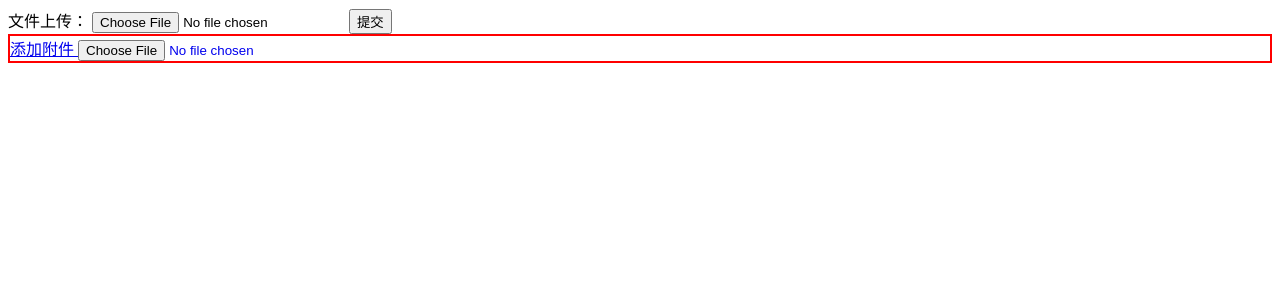
Repository: gongzheng-java/ProjectExample
Page: http://localhost/SSM/upload.jsp
An editor plug-in stored every save of this project. The page is shown before and after the next save, followed by the edit.
The browser window is 1280 px wide. The pictures show the whole page.
The page is served by Tomcat 9. Nobody is signed in. The application's start-up code is not run. Other server files are loaded and not shown.

Above is the page before, as saved 2019-03-03 07:37:39.

### SSM/src/main/webapp/upload.jsp
<%@ page language="java" contentType="text/html; charset=UTF-8"
    pageEncoding="UTF-8"%>
<!DOCTYPE html PUBLIC "-//W3C//DTD HTML 4.01 Transitional//EN" "http://www.w3.org/TR/html4/loose.dtd">
<html>
<head>
<meta http-equiv="Content-Type" content="text/html; charset=UTF-8">
<script type="text/javascript"  src="static/bootstrap/js/jquery-1.8.3.js"></script>
<script type="text/javascript"  src="static/bootstrap/js/jquery.min.js"></script>
<title>文件上传测试页面</title>
</head>
<body>
 <form id="myform"  method="post" >
     文件上传： <input id="aa" type="file" name="record"/>
      <input type="button" onclick="doUpload()" value="提交" />
   </form>
</body>
<div style="border: 2px solid red;">
<a href="javascript:;" class="file">添加附件
    <input type="file" name="" id="fileId" onchange="upload()">
</a>
</div>
<script type="text/javascript">
function doUpload() {
    var formData = new FormData($( "#myform" )[0]);
    var file=$("aa").val();
    alert(file);
    $.ajax({
         url: 'upload/fileupload' ,
         type: 'POST',
         data: formData,
         async: false,
         cache: false,
         contentType: false,
         processData: false,
         success: function (returndata) {
             //alert(returndata);
         },
         error: function (returndata) {
             //alert(returndata);
         }
    });
}
</script>
</html>

Loaded but not shown: SSM/src/main/webapp/static/bootstrap/js/jquery-1.8.3.js (library); SSM/src/main/webapp/static/bootstrap/js/jquery.min.js (library)

After the next save:
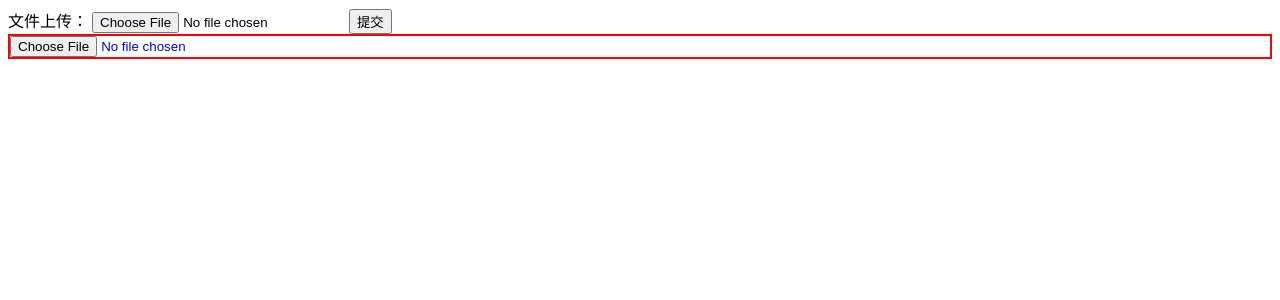
Saved 24 s later.
--- a/SSM/src/main/webapp/upload.jsp
+++ b/SSM/src/main/webapp/upload.jsp
@@ -15,7 +15,7 @@
    </form>
 </body>
 <div style="border: 2px solid red;">
-<a href="javascript:;" class="file">添加附件
+<a href="javascript:;" class="file">
     <input type="file" name="" id="fileId" onchange="upload()">
 </a>
 </div>
